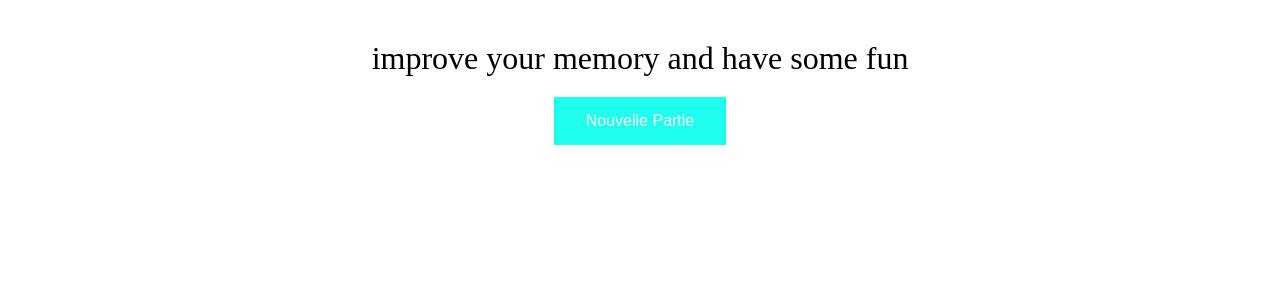
Repository: karim-sebih/react-memory
Page: / (app in react-memory/Memory/)
An editor plug-in stored every save of this project. The page is shown before and after a run of saves, followed by the edit.
The browser window is 1280 px wide. The pictures show the whole page.
The pointer rests on the first visible `.new-game-button`.
The project was rebuilt for these pictures with package versions that can differ from the ones it lists, and the page was loaded fresh each time. Also part of the build but not shown: react-memory/Memory/vite.config.js.

Above is the page before, as saved 2025-05-22 10:32:21.

### react-memory/Memory/src/App.css
#root {
  max-width: 1280px;
  margin: 0 auto;
  padding: 2rem;
  text-align: center;
}

.logo {
  height: 6em;
  padding: 1.5em;
  will-change: filter;
  transition: filter 300ms;
}
.logo:hover {
  filter: drop-shadow(0 0 2em #646cffaa);
}
.logo.react:hover {
  filter: drop-shadow(0 0 2em #61dafbaa);
}

@keyframes logo-spin {
  from {
    transform: rotate(0deg);
  }
  to {
    transform: rotate(360deg);
  }
}

@media (prefers-reduced-motion: no-preference) {
  a:nth-of-type(2) .logo {
    animation: logo-spin infinite 20s linear;
  }
}

.card {
  padding: 2em;
}

.read-the-docs {
  color: #888;
}

.title {
  font-size: 2em;
  margin-bottom: 0.5em;
}

### react-memory/Memory/src/App.jsx
import { useState } from 'react'
import './App.css'
import NewGameButton from './components/Button.jsx'

function App() {
  const [gameStarted, setGameStarted] = useState(false)
  const [cards, setCards] = useState([])

  // Dummy cards for demonstration
  const initialCards = [
    { id: 1, value: 'A', flipped: false, matched: false },
    { id: 2, value: 'A', flipped: false, matched: false },
    { id: 3, value: 'B', flipped: false, matched: false },
    { id: 4, value: 'B', flipped: false, matched: false },
  ]

  const startNewGame = () => {
    // Shuffle and reset cards
    const shuffled = [...initialCards].sort(() => Math.random() - 0.5)
    setCards(shuffled)
    setGameStarted(true)
  }

  return (
    <>
      <div className='title'>

        improve your memory and have some fun

      </div>
      {!gameStarted ? (
        <NewGameButton onNewGame={startNewGame} />
      ) : (
        <div>

          <h1>Memory Game</h1>
          <div className="memory-board">
            {cards.map(card => (
              <div key={card.id} className="memory-card">
                {card.flipped || card.matched ? card.value : "?"}
              </div>
            ))}
          </div>
        </div>
      )}

    </>
  )
}

export default App

### react-memory/Memory/src/components/Button.jsx
import React from 'react';
import './Button.css';

const NewGameButton = ({ onNewGame }) => (
    <button  className='new-game-button' onClick={onNewGame}>
        Nouvelle Partie
    </button>
);



export default NewGameButton;

### react-memory/Memory/src/components/button.css
.new-game-button {
  background-color: #1dffec;
  border: none;
  color: white;
  padding: 15px 32px;
  text-align: center;
  text-decoration: none;
  display: inline-block;
  font-size: 16px;
  margin: 4px 2px;
  cursor: pointer;
}

Loaded but not shown: react-memory/Memory/index.html (common file); react-memory/Memory/src/main.jsx (common file)

After the next 2 saves:
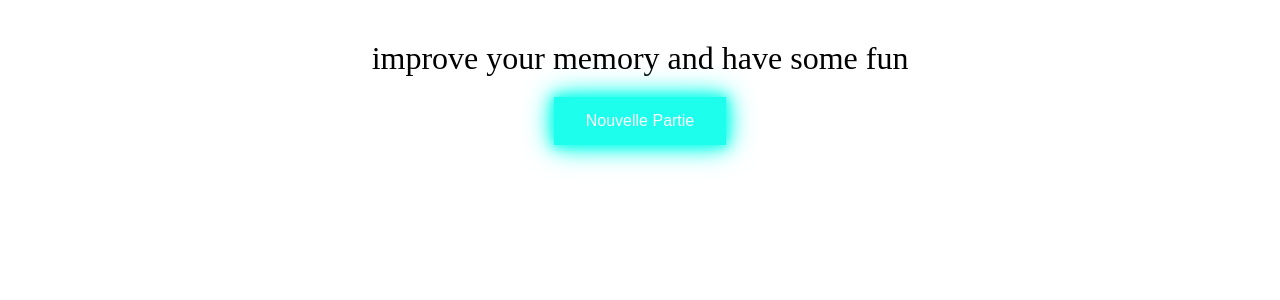
The 2 saves are shown as one change because they came seconds apart.
The last was saved 6 s later.
--- a/react-memory/Memory/src/components/button.css
+++ b/react-memory/Memory/src/components/button.css
@@ -10,3 +10,8 @@
   margin: 4px 2px;
   cursor: pointer;
 }
+.new-game-button:hover {
+  background-color: #1dffec;
+  color: white;
+  box-shadow: 0 0 10px #1dffec, 0 0 20px #1dffec, 0 0 30px #1dffec;
+}
